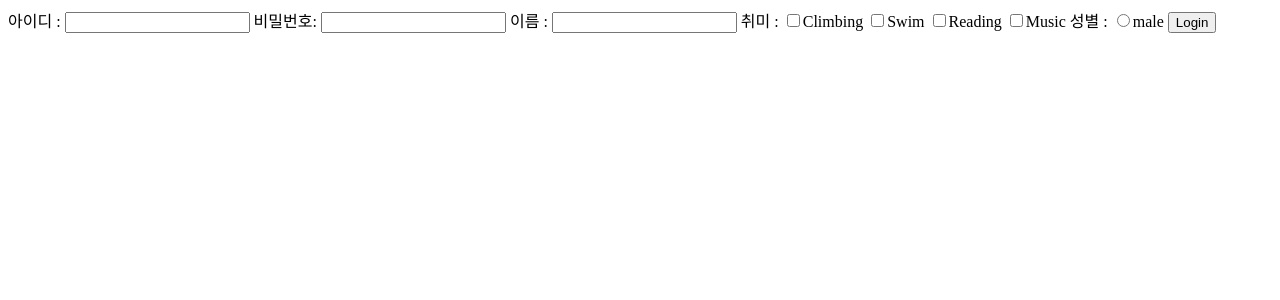
Repository: alsals126/servlet_study_2021
Page: http://localhost/ServletPrj/login_form.jsp
These files come from the project's save history. The page is drawn as it stood at one moment and after the next save; the edit follows.
The browser window is 1280 px wide. The pictures show the whole page.
The page is served by Tomcat 9.

Above is the page before, as saved 2021-05-11 00:51:38.

After the next save:
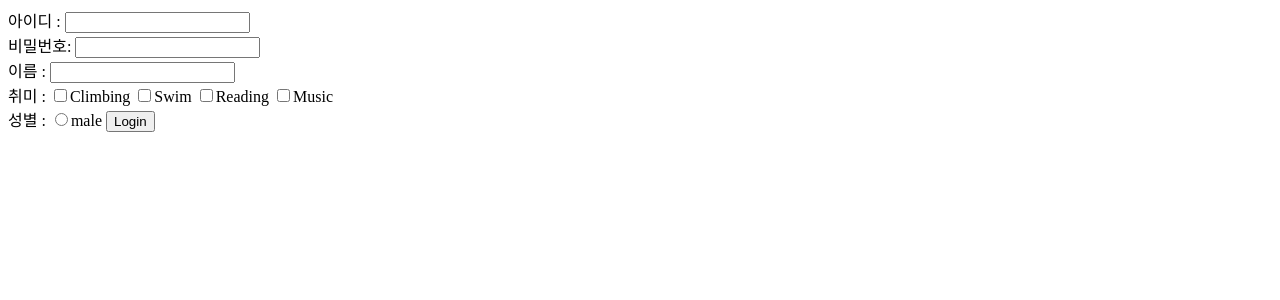
Saved 16 s later.
--- a/ServletPrj/WebContent/login_form.jsp
+++ b/ServletPrj/WebContent/login_form.jsp
@@ -8,13 +8,14 @@
 </head>
 <body>
 	<form method="post" action="login">
-		아이디 : <input type="text" name="id"/>
-		비밀번호: <input type="password" name="pw"/>
-		이름 : <input type="text" name="name"/>
+		아이디 : <input type="text" name="id"/><br>
+		비밀번호: <input type="password" name="pw"/><br>
+		이름 : <input type="text" name="name"/><br>
 		취미 : <input type="checkbox" name="hobby" value="climbing">Climbing
 		      <input type="checkbox" name="hobby" value="swim">Swim
 		      <input type="checkbox" name="hobby" value="reading">Reading
 		      <input type="checkbox" name="hobby" value="music">Music
+		      <br>
 		성별 : <input type="radio" name="gender">male
 		<button type="submit">Login</button>
 	</form>
